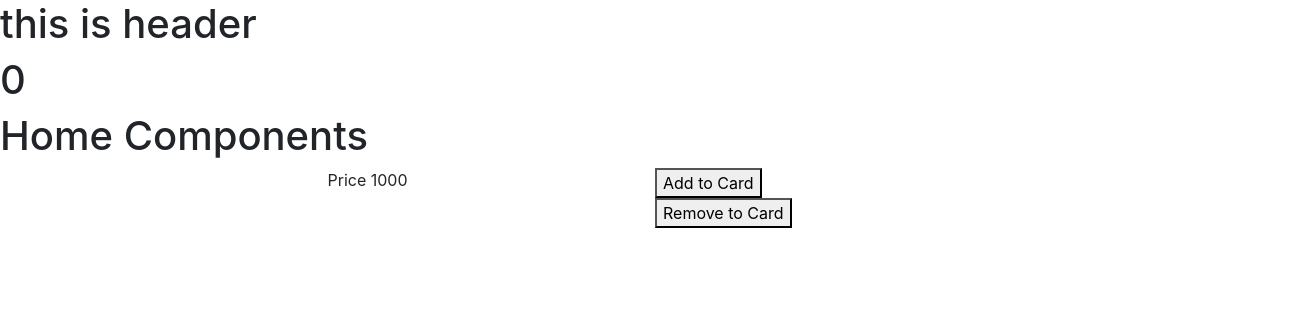
Repository: lalji-yadav/Redux-add-and-remove-item-in-cart-and-HOC-Example-
Page: /
These files come from the project's save history. The page is drawn as it stood at one moment and after the next save; the edit follows.
The browser window is 1280 px wide. The page is 1295 px wide, so the pictures cover 1295 px, including what lies to the right of the window. The pictures show the whole page.
The project was rebuilt for these pictures with package versions that can differ from the ones it lists, and the page was loaded fresh each time.

Above is the page before, as saved 2021-01-15 17:39:38.

After the next save:
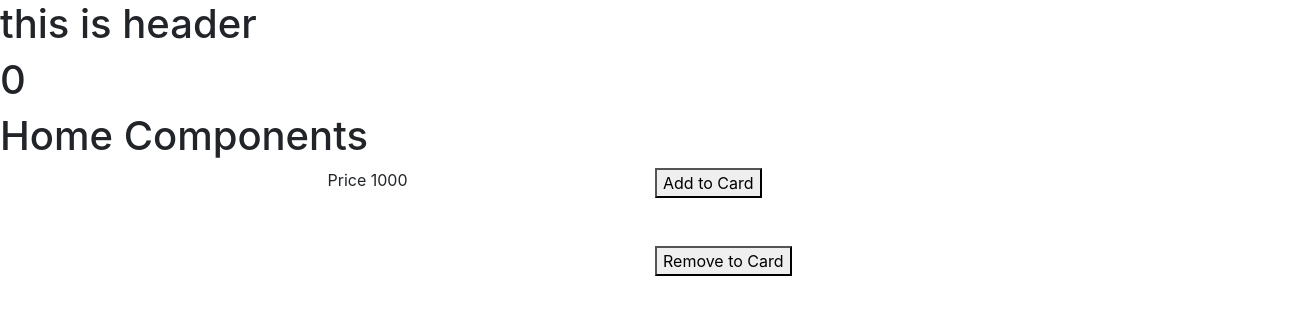
Saved 12 s later.
--- a/src/components/home.js
+++ b/src/components/home.js
@@ -25,7 +25,7 @@ function Home(props) {
                     <div className="col-sm-3">
 
                         <button onClick={()=>
-                            props.addToCartHandler({price:1000,  name:'Anubhav kumar Yadav'})} > Add to Card </button> <br />
+                            props.addToCartHandler({price:1000,  name:'Anubhav kumar Yadav'})} > Add to Card </button> <br /> <br /> <br />
 
                           <button onClick={()=>
                             props.addToCartHandler({price:1000,  name:'Anubhav kumar Yadav'})} >
